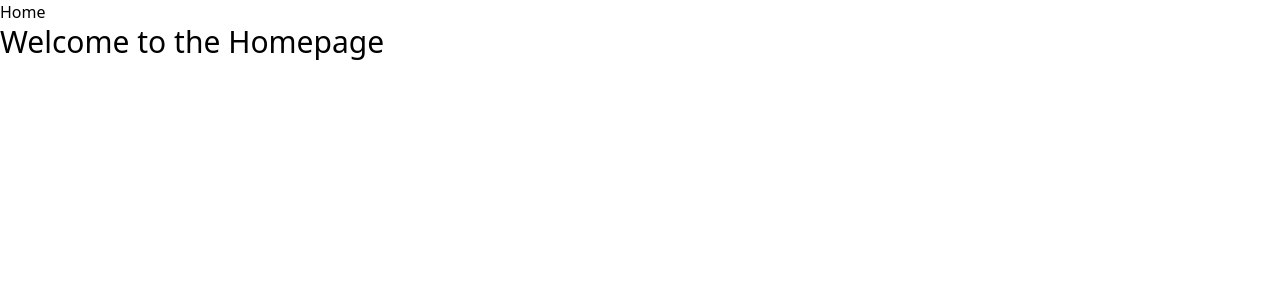
Repository: oderinde300/react-authentication-with-json-server
Page: /
An editor plug-in stored every save of this project. The page is shown before and after the next save, followed by the edit.
The browser window is 1280 px wide. The pictures show the whole page.
The project was rebuilt for these pictures with package versions that can differ from the ones it lists, and the page was loaded fresh each time. Also part of the build but not shown: src/components/authentication/Login.jsx, src/pages/LoginPage.jsx.

Above is the page before, as saved 2023-03-22 12:26:44.

### src/App.js
import { Routes, Route } from "react-router-dom";
import HomePage from "./pages/HomePage";
import LoginPage from "./pages/LoginPage";

function App() {
  return (
    <div>
      <header>
        <nav>
          <ul>
            <li>Home</li>
          </ul>
        </nav>
      </header>
      <Routes>
        <Route path="/" element={<HomePage />} />
        <Route path="/login" element={<LoginPage />} />
      </Routes>
    </div>
  );
}

export default App;

### src/pages/HomePage.jsx
import React from "react";

const HomePage = () => {
  return (
    <div>
      <h1 className="text-3xl">Welcome to the Homepage</h1>
    </div>
  );
};

export default HomePage;

Loaded but not shown: public/index.html (common file); src/index.js (common file); src/index.css (common file); tailwind.config.js (common file)

After the next save:
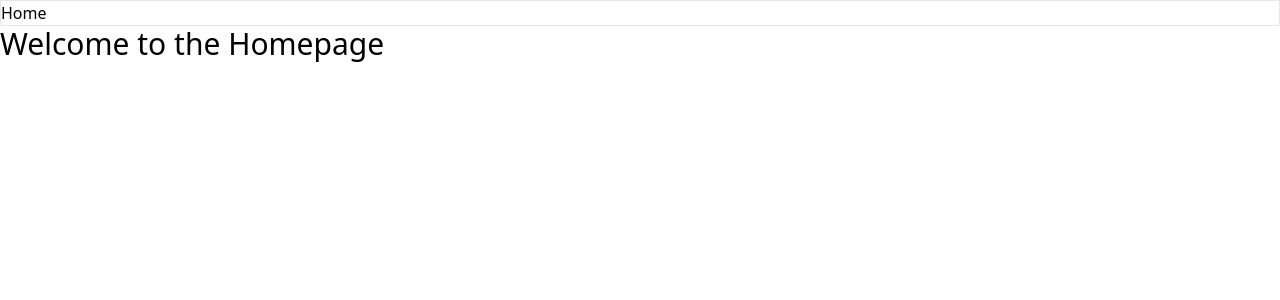
Saved 13 s later.
--- a/src/App.js
+++ b/src/App.js
@@ -6,7 +6,7 @@ function App() {
   return (
     <div>
       <header>
-        <nav>
+        <nav className="border">
           <ul>
             <li>Home</li>
           </ul>
